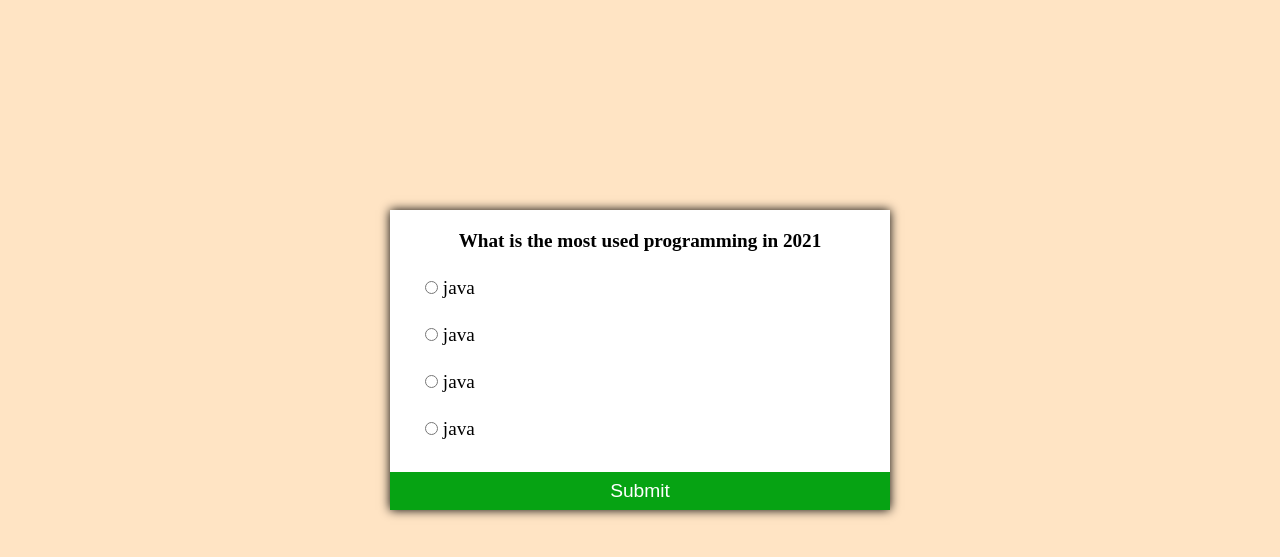
Repository: JunaidAnsari202/Quiz-App
Page: index.html
An editor plug-in stored every save of this project. The page is shown before and after the next save, followed by the edit.
The browser window is 1280 px wide. The pictures show the whole page.

Above is the page before, as saved 2024-10-13 21:02:10.

After the next save:
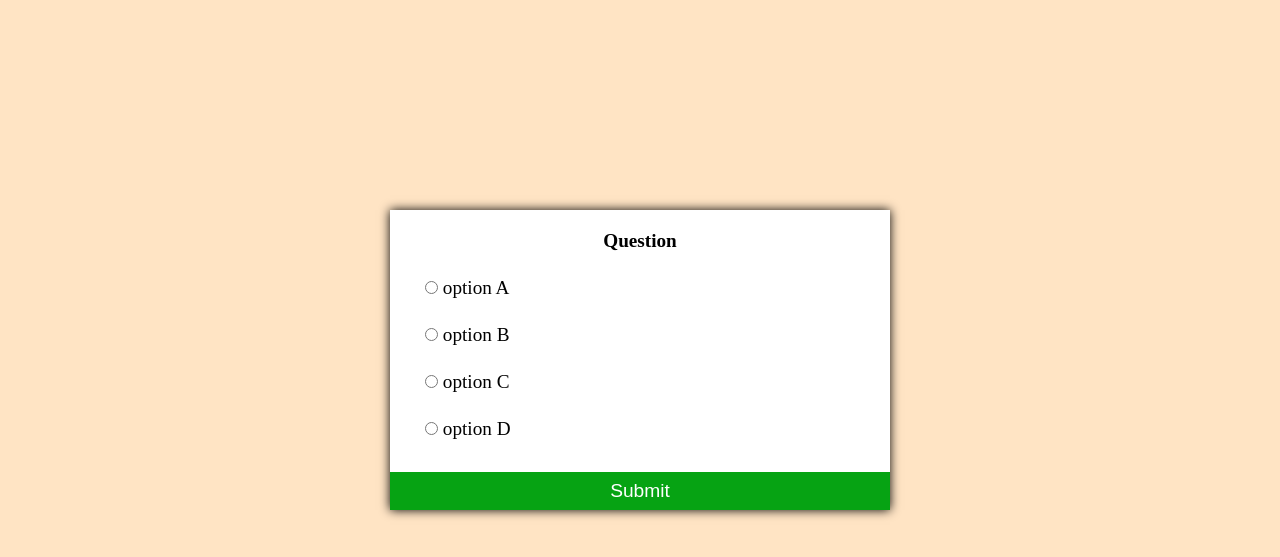
Console error: SyntaxError: Unexpected token ']'
Saved 7 s later.
--- a/script.js
+++ b/script.js
@@ -55,5 +55,5 @@
 option_d.textContent = quiz[currentQuestion].ans1text;
 
 submit.addEventListener("click",()=>{
-    const checkedAns = document.querySelector('input')
+    const checkedAns = document.querySelector('input'[])
 })

After the 2 saves that followed:
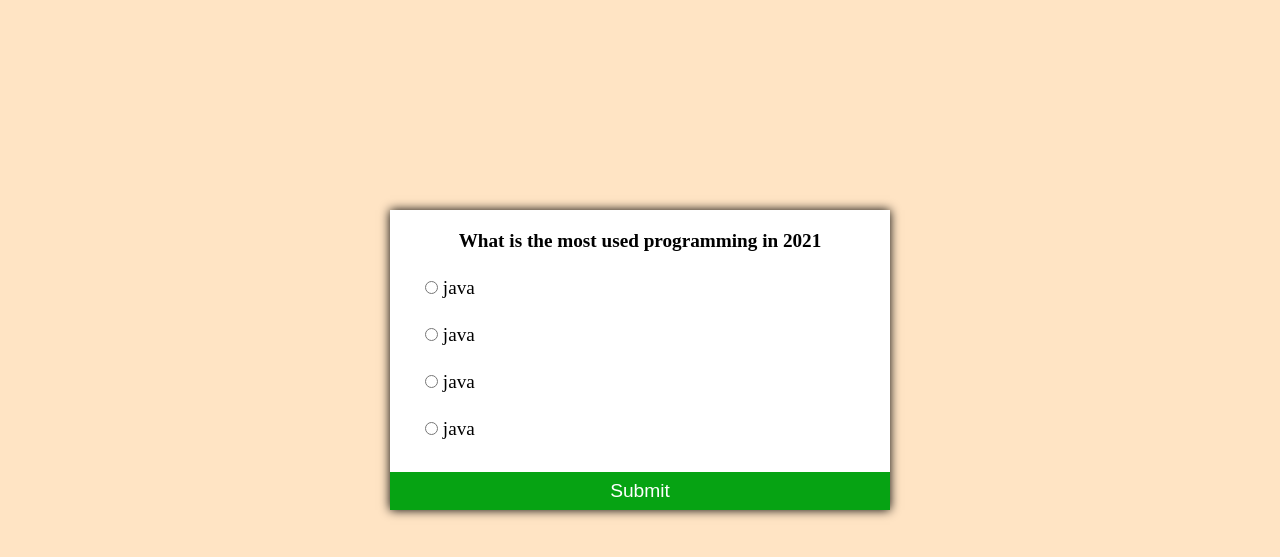
The error is gone.
The 2 saves are shown as one change because they came seconds apart.
The last was saved 8 s later.
--- a/script.js
+++ b/script.js
@@ -55,5 +55,5 @@
 option_d.textContent = quiz[currentQuestion].ans1text;
 
 submit.addEventListener("click",()=>{
-    const checkedAns = document.querySelector('input'[])
+    const checkedAns = document.querySelector('input[')
 })
